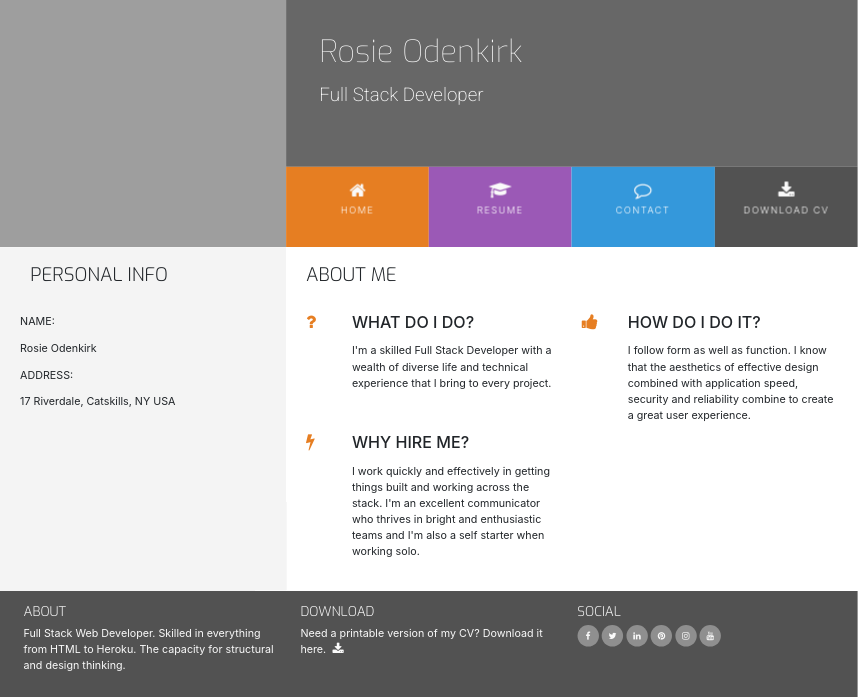
Repository: Davewalsh3/UCD-Resume
Page: index.html
The author's editor kept a record of every edit. The page is drawn from the files as they stood at one moment, then again after the next edit.
The browser window is 1280 px wide. The pictures show the whole page, at 67% of full size.
Pictures or frames that could not be fetched are drawn as grey boxes. Some web libraries are served in a nearby version.

Above is the page before.

After the next edit:
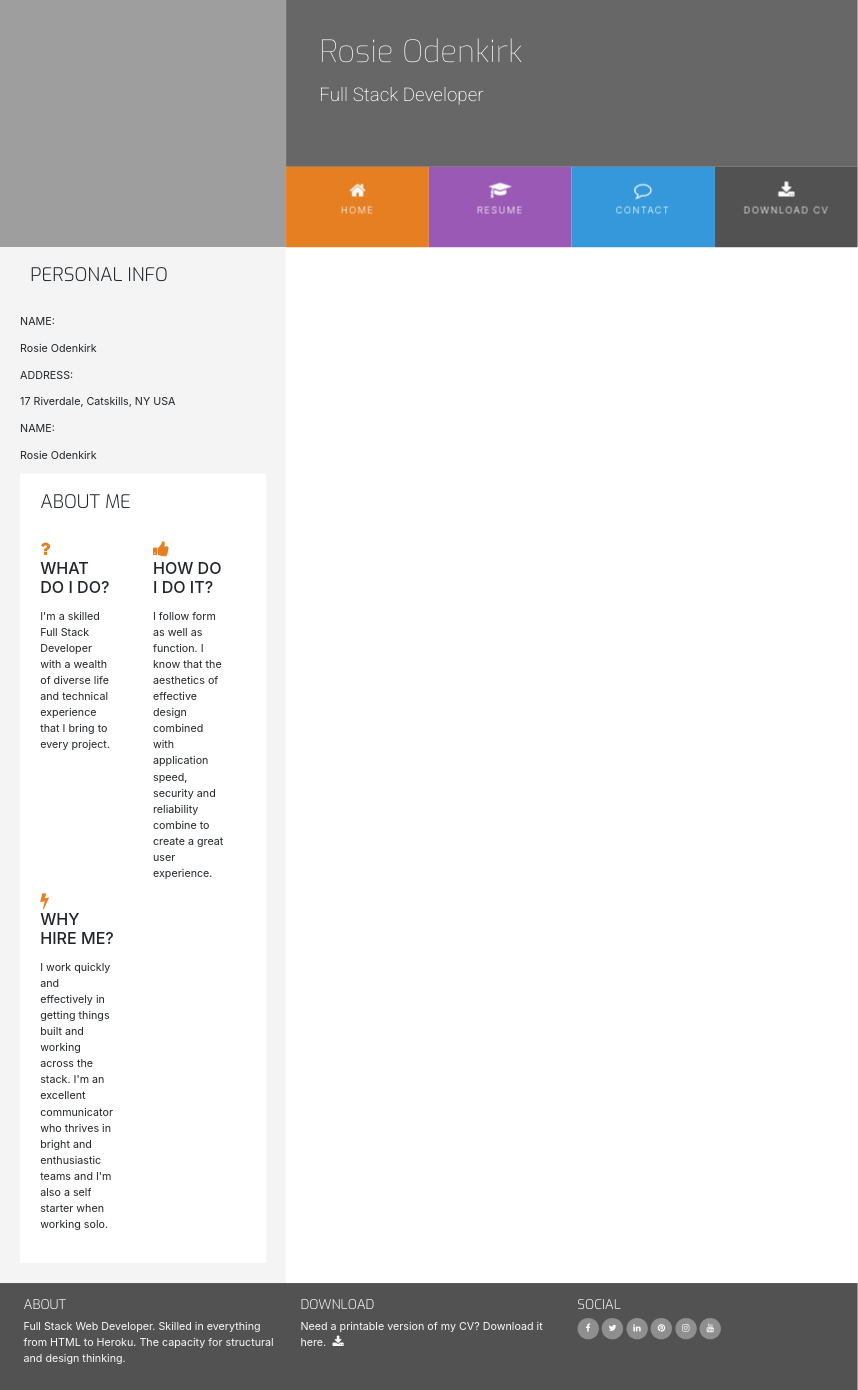
The edit:
--- a/index.html
+++ b/index.html
@@ -69,7 +69,17 @@
                         </div>
                     </div>
                 </div>
-            </div>
+            <div class="personal-info-item">
+                    <div class="key">
+                        <p class="uppercase">Name:      </p>
+
+                    </div>
+                    <div class="value">
+                        <p> Rosie Odenkirk </p>
+                    </div>
+
+                </div>
+
             <div class="col-md-8 bg-color-three-reasons section-column">
                 <div class="row">
                     <div class="col">
